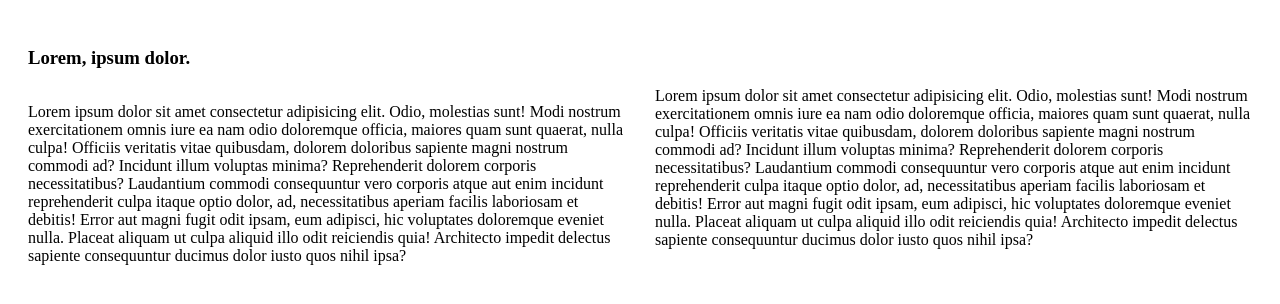
Repository: dinhhaidh/slider-book
Page: index.html
An editor plug-in stored every save of this project. The page is shown before and after the next save, followed by the edit.
The browser window is 1280 px wide. The pictures show the whole page.

Above is the page before, as saved 2024-01-15 09:19:37.

### index.html
<!DOCTYPE html>
<html lang="en">
<head>
    <meta charset="UTF-8">
    <meta name="viewport" content="width=device-width, initial-scale=1.0">
    <title>Document</title>
</head>
<style>
    .content{
        columns: 200px 2;
        column-gap: 30px;
        padding: 20px;
    }
    .title{
        column-span: all;
        display: block;
    }
</style>
<body>
    <div class="content">
        <h3 class="title">Lorem, ipsum dolor.</h3>
        <p>Lorem ipsum dolor sit amet consectetur adipisicing elit. Odio, molestias sunt! Modi nostrum exercitationem omnis iure ea nam odio doloremque officia, maiores quam sunt quaerat, nulla culpa! Officiis veritatis vitae quibusdam, dolorem doloribus sapiente magni nostrum commodi ad? Incidunt illum voluptas minima? Reprehenderit dolorem corporis necessitatibus? Laudantium commodi consequuntur vero corporis atque aut enim incidunt reprehenderit culpa itaque optio dolor, ad, necessitatibus aperiam facilis laboriosam et debitis! Error aut magni fugit odit ipsam, eum adipisci, hic voluptates doloremque eveniet nulla. Placeat aliquam ut culpa aliquid illo odit reiciendis quia! Architecto impedit delectus sapiente consequuntur ducimus dolor iusto quos nihil ipsa?</p>
        <div class="content-wp">
            <p>Lorem ipsum dolor sit amet consectetur adipisicing elit. Odio, molestias sunt! Modi nostrum exercitationem omnis iure ea nam odio doloremque officia, maiores quam sunt quaerat, nulla culpa! Officiis veritatis vitae quibusdam, dolorem doloribus sapiente magni nostrum commodi ad? Incidunt illum voluptas minima? Reprehenderit dolorem corporis necessitatibus? Laudantium commodi consequuntur vero corporis atque aut enim incidunt reprehenderit culpa itaque optio dolor, ad, necessitatibus aperiam facilis laboriosam et debitis! Error aut magni fugit odit ipsam, eum adipisci, hic voluptates doloremque eveniet nulla. Placeat aliquam ut culpa aliquid illo odit reiciendis quia! Architecto impedit delectus sapiente consequuntur ducimus dolor iusto quos nihil ipsa?</p>
        </div>
    </div>
</body>
</html>

After the next save:
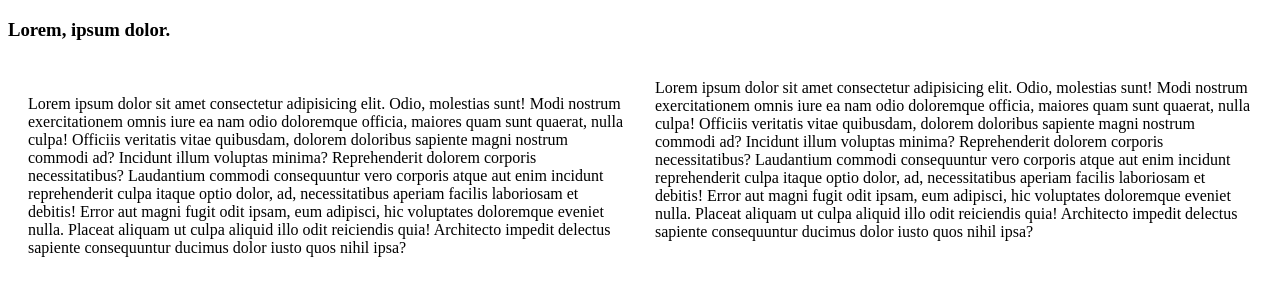
Saved 22 s later.
--- a/index.html
+++ b/index.html
@@ -17,8 +17,8 @@
     }
 </style>
 <body>
+    <h3 class="title">Lorem, ipsum dolor.</h3>
     <div class="content">
-        <h3 class="title">Lorem, ipsum dolor.</h3>
         <p>Lorem ipsum dolor sit amet consectetur adipisicing elit. Odio, molestias sunt! Modi nostrum exercitationem omnis iure ea nam odio doloremque officia, maiores quam sunt quaerat, nulla culpa! Officiis veritatis vitae quibusdam, dolorem doloribus sapiente magni nostrum commodi ad? Incidunt illum voluptas minima? Reprehenderit dolorem corporis necessitatibus? Laudantium commodi consequuntur vero corporis atque aut enim incidunt reprehenderit culpa itaque optio dolor, ad, necessitatibus aperiam facilis laboriosam et debitis! Error aut magni fugit odit ipsam, eum adipisci, hic voluptates doloremque eveniet nulla. Placeat aliquam ut culpa aliquid illo odit reiciendis quia! Architecto impedit delectus sapiente consequuntur ducimus dolor iusto quos nihil ipsa?</p>
         <div class="content-wp">
             <p>Lorem ipsum dolor sit amet consectetur adipisicing elit. Odio, molestias sunt! Modi nostrum exercitationem omnis iure ea nam odio doloremque officia, maiores quam sunt quaerat, nulla culpa! Officiis veritatis vitae quibusdam, dolorem doloribus sapiente magni nostrum commodi ad? Incidunt illum voluptas minima? Reprehenderit dolorem corporis necessitatibus? Laudantium commodi consequuntur vero corporis atque aut enim incidunt reprehenderit culpa itaque optio dolor, ad, necessitatibus aperiam facilis laboriosam et debitis! Error aut magni fugit odit ipsam, eum adipisci, hic voluptates doloremque eveniet nulla. Placeat aliquam ut culpa aliquid illo odit reiciendis quia! Architecto impedit delectus sapiente consequuntur ducimus dolor iusto quos nihil ipsa?</p>
